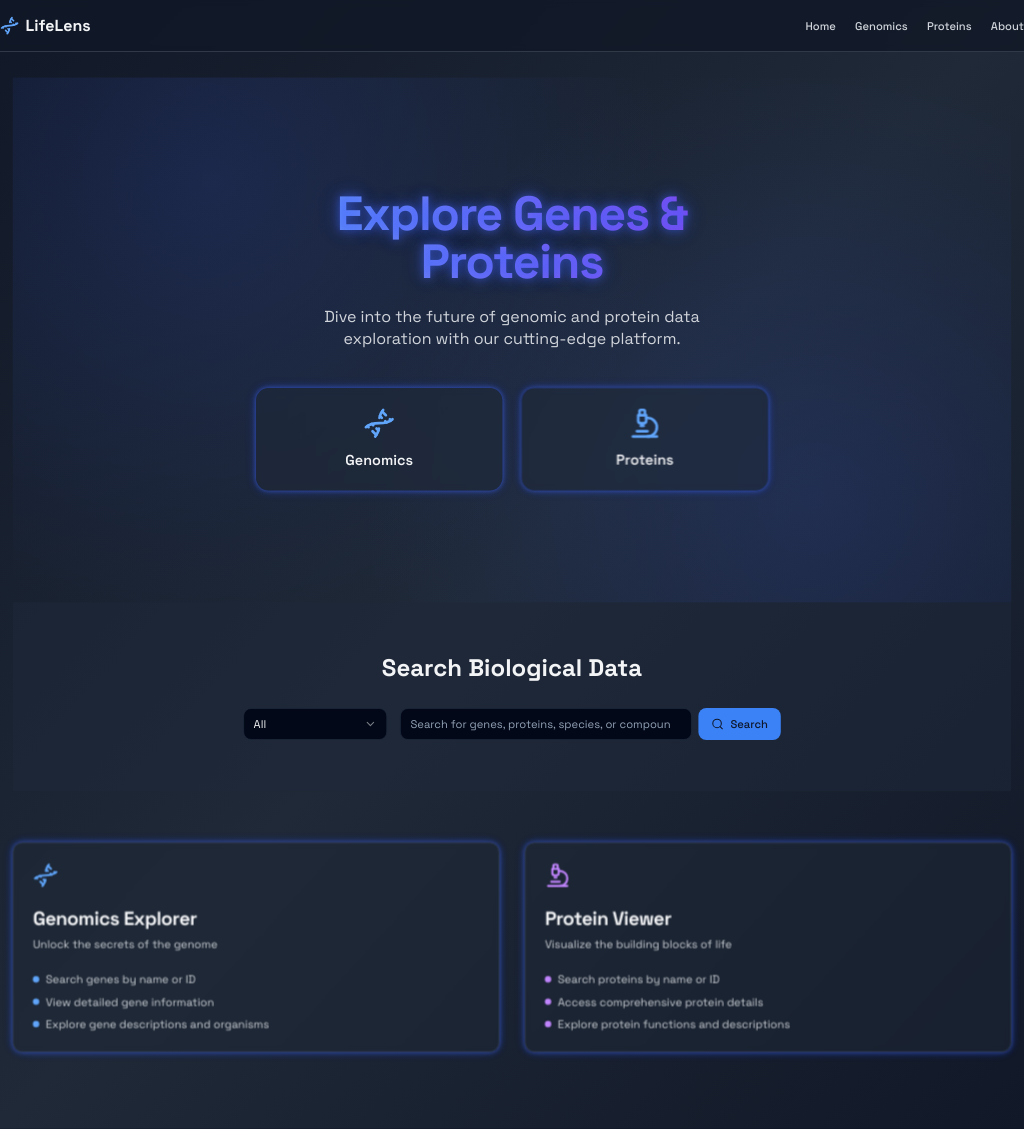
Repository: AlexMercer00/LifeLens
Page: /
These files come from the project's save history. The page is drawn as it stood at one moment and after the next save; the edit follows.
The browser window is 1280 px wide. The pictures show the whole page, at 80% of full size.
The project was rebuilt for these pictures with package versions that can differ from the ones it lists, and the page was loaded fresh each time. The framework's server and built-in components were replaced by stand-ins that run in the browser. Also part of the build but not shown: next.config.js, components/ui/tabs.tsx, components/ui/badge.tsx, components/search-results.tsx.

Above is the page before, as saved 2024-11-17 15:16:22.

After the next save:
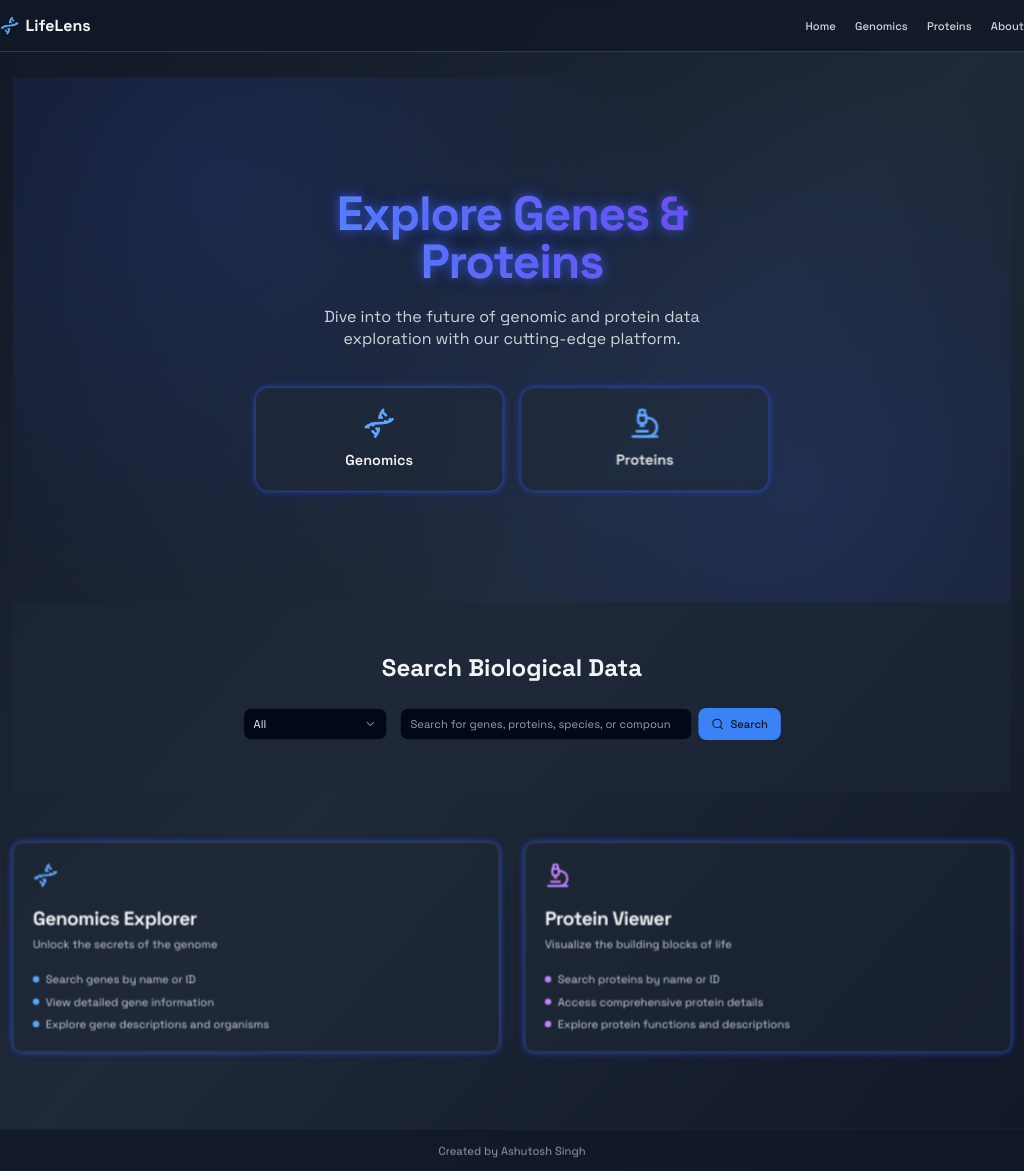
Saved 77 s later.
--- a/app/layout.tsx
+++ b/app/layout.tsx
@@ -26,11 +26,16 @@
           enableSystem
           disableTransitionOnChange
         >
-          <div className="min-h-screen bg-gradient-to-br from-gray-900 via-gray-800 to-gray-900 text-gray-100">
+          <div className="flex flex-col min-h-screen bg-gradient-to-br from-gray-900 via-gray-800 to-gray-900 text-gray-100">
             <Navigation />
-            <main className="container mx-auto px-4 py-8">
+            <main className="flex-grow container mx-auto px-4 py-8">
               {children}
             </main>
+            <footer className="w-full py-4 text-center bg-gray-900/80 backdrop-blur-sm border-t border-gray-800">
+              <p className="text-sm text-gray-400">
+                Created by Ashutosh Singh
+              </p>
+            </footer>
             <Toaster />
           </div>
         </ThemeProvider>
